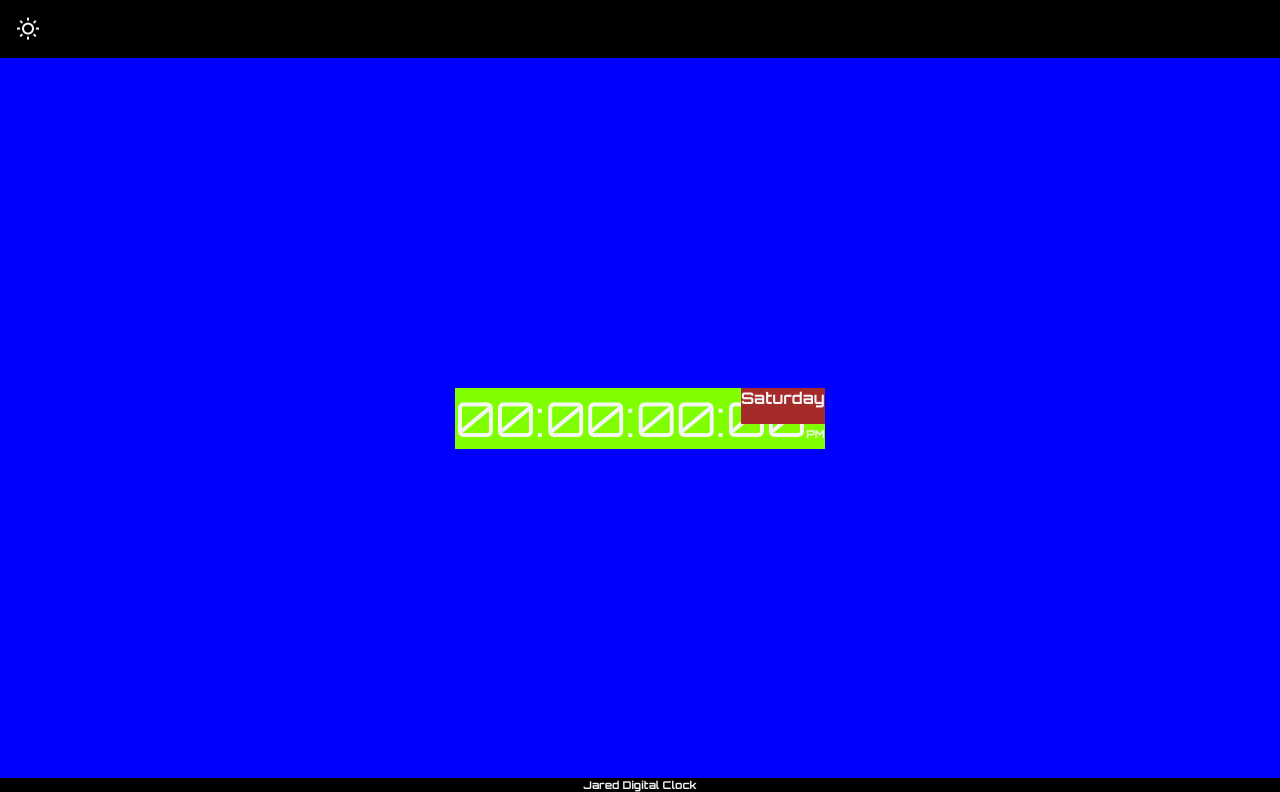
Repository: EguJaredoBoyd/Jared-Digital-Clock
Page: index.html
The author's editor kept a copy of each file at every save. The page is drawn from the files as they stood at one save, then again after the next save.
The browser window is 1280 px wide. The pictures show the whole page.
Some web libraries are served in a nearby version.

Above is the page before, as saved 2026-01-04 22:31:54.

### index.html
<!DOCTYPE html>
<html lang="en">
  <head>
    <meta charset="UTF-8" />
    <meta name="viewport" content="width=device-width, initial-scale=1.0" />
    <link rel="stylesheet" href="./css/styles.css" />
    <link
      href="https://cdn.jsdelivr.net/npm/remixicon@4.8.0/fonts/remixicon.css"
      rel="stylesheet"
    />
    <link rel="preconnect" href="https://fonts.googleapis.com" />
    <link rel="preconnect" href="https://fonts.gstatic.com" crossorigin />
    <link
      href="https://fonts.googleapis.com/css2?family=Orbitron:wght@400..900&display=swap"
      rel="stylesheet"
    />
    <script src="./js/theme.js" defer></script>
    <title>Document</title>
  </head>
  <body>
    <div class="digital-clock">
      <header>
        <button id="theme-toggle"><i class="ri-sun-line"></i></button>
      </header>

      <main>
        <div class="watch-container">
          <!-- <div class="watch-container__day">
            <h4>Saturday</h4>
          </div> -->
          <div class="watch-container__time">
            <p>00:00:00:00</p>
            <h4>Saturday</h4>
            <h6>PM</h6>
          </div>
        </div>
      </main>

      <footer>
        <h6>Jared Digital Clock</h6>
      </footer>
    </div>
  </body>
</html>

### css/styles.css
* {
  margin: 0;
  padding: 0;
  box-sizing: border-box;
}

:root {
  --primary-color: black;
  --text-color: whitesmoke;

  /* Light-mode color variables */
  --light-mode: whitesmoke;
  --light-text: black;

  /* Button color font */
  --button-color: var(--text-color);
}

html {
  font-size: 16px;
  background-color: var(--primary-color);
}

.light-mode {
  background-color: var(--light-mode);
  color: var(--light-text);
  --button-color: var(--light-text);
}

body {
  color: var(--text-color);
  background-color: var(--primary-color);
  font-family: "Orbitron", sans-serif;
  width: 100%;
}

header {
  padding: 1rem;
}

header button {
  background: none;
  border: none;
}

header button i {
  font-size: 1.5rem;
  color: var(--button-color);
}

.digital-clock {
  height: 100%;
  width: 100%;
  display: flex;
  flex-direction: column;
  align-content: space-between;
  max-width: 100%;
}

.watch-container {
  display: flex;
  flex-direction: column;
  justify-content: center;
  align-items: center;
  height: 100vh;
  width: 100%;
  max-width: 100%;
  position: relative;
  background-color: blue;
}

.watch-container__day {
  width: 100%;
  max-width: 100%;
  display: flex;
  justify-content: end;
  background-color: red;
}

.watch-container__time {
  display: flex;
  max-width: 100%;
  background-color: chartreuse;
  position: relative;
}

.watch-container__time h4 {
  position: absolute;
  right: 0;
  padding-bottom: 1rem;
  background-color: brown;
}

.watch-container__time p {
  font-size: 3rem;
}

.watch-container__time h6 {
  align-self: self-end;
  padding-bottom: 0.5rem;
}

footer h6 {
  text-align: center;
}

### js/theme.js
//Target the button element for the theme
const themeToggle = document.getElementById("theme-toggle");

//Create a function to handle the switching of themes
function switchThemeMode() {
  themeToggle.addEventListener("click", () => {
    document.body.classList.toggle("light-mode");
  });
}

switchThemeMode();

After the next save:
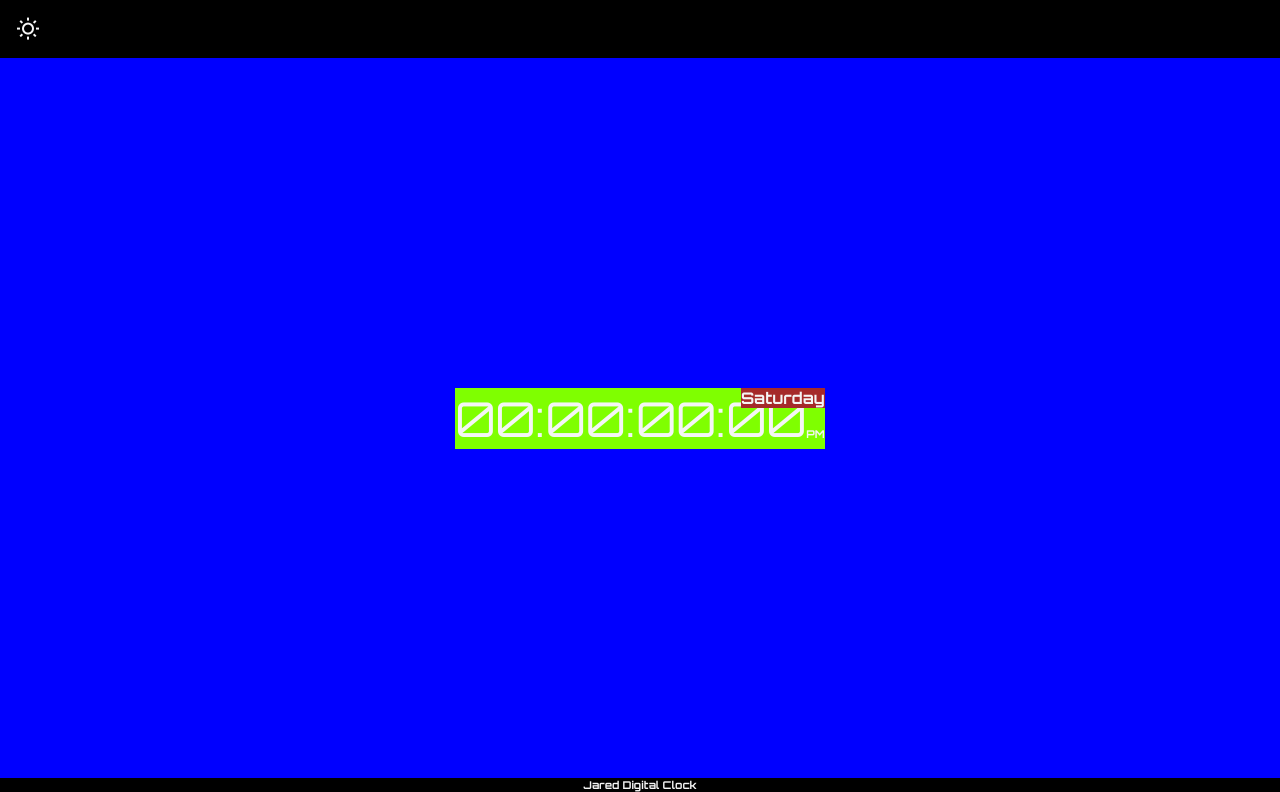
Saved 16 s later.
--- a/css/styles.css
+++ b/css/styles.css
@@ -87,7 +87,7 @@ header button i {
 .watch-container__time h4 {
   position: absolute;
   right: 0;
-  padding-bottom: 1rem;
+  margin-bottom: 1rem;
   background-color: brown;
 }
 
